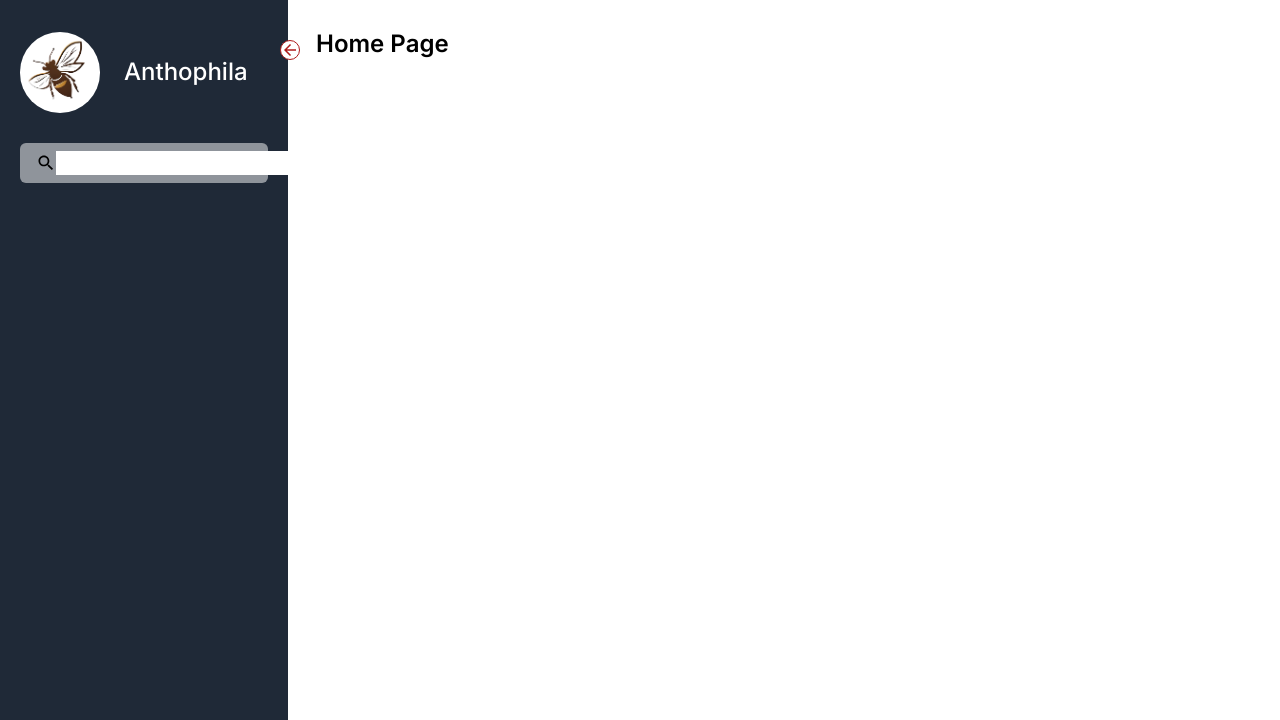
Repository: marcusdashe/anthophila
Page: /dashboard
The author's editor kept a copy of each file at every save. The page is drawn from the files as they stood at one save, then again after the next save.
The browser window is 1280 px wide. The pictures show the whole page.
The project was rebuilt for these pictures with package versions that can differ from the ones it lists, and the page was loaded fresh each time. The framework's server and built-in components were replaced by stand-ins that run in the browser. Also part of the build but not shown: next.config.js.

Above is the page before, as saved 2023-04-05 15:21:19.

### pages/_document.js
import { Html, Head, Main, NextScript } from "next/document";

export default function Document() {
  return (
    <Html lang="en">
      <Head>
        <link rel="preconnect" href="https://fonts.googleapis.com" />
        <link
          rel="preconnect"
          href="https://fonts.gstatic.com"
          crossOrigin="true"
        />
        <link
          href="https://fonts.googleapis.com/css2?family=Inter:wght@100;200;300;400;500;600&display=swap"
          rel="stylesheet"
        />
      </Head>
      <body>
        <Main />
        <NextScript />
      </body>
    </Html>
  );
}

### pages/dashboard.js
import React, { useState } from "react";
import ArrowBackIcon from "@mui/icons-material/ArrowBack";
import SearchIcon from "@mui/icons-material/Search";

const Dashboard = () => {
  const [open, setOpen] = useState(true);
  return (
    <div className="flex">
      <div
        className={`bg-gray-800 h-screen p-5 pt-8 ${
          open ? "w-72" : "w-[120px]"
        } relative duration-300`}
      >
        <ArrowBackIcon
          fontSize="small"
          onClick={() => setOpen(!open)}
          className={`bg-white text-[#AE1B1B] text-3xl
                                rounded-full absolute -right-3 top-10
                                cursor-pointer ${
                                  !open && "rotate-180"
                                } duration-300 border border-[#AE1B1B]`}
        />
        <div className="inline-flex items-center text-white">
          <img
            src="/assets/logo.png"
            alt="logo"
            className={`object-scale-down mr-2 h-50 w-20
                        bg-white rounded-full text-2xl
                        cursor-pointer block float-left duration-500 ${
                          open && "rotate-[360deg]"
                        }`}
          />
          <h1
            className={`text-white origin-left font-medium ml-4 text-2xl duration-300 ${
              !open && "scale-0"
            }`}
          >
            Anthophila
          </h1>
        </div>
        <div className="flex items-center rounded-md bg-white bg-opacity-50 mt-6 px-4 py-2">
          <SearchIcon
            fontSize="small"
            className="text-black  text-md block float-left cursor-left"
          />
          <input type={"search"} className="" />
        </div>
      </div>

      <div className="p-7">
        <h1 className="text-2xl font-semibold"> Home Page</h1>
      </div>
    </div>
  );
};

export default Dashboard;

### styles/globals.css
@tailwind base;
@tailwind components;
@tailwind utilities;


@layer base {
    html {

      font-family: 'Inter', sans-serif;
    }
  }

### tailwind.config.js
/** @type {import('tailwindcss').Config} */

module.exports = {
  content: [
    "./app/**/*.{js,ts,jsx,tsx}",
    "./pages/**/*.{js,ts,jsx,tsx}",
    "./components/**/*.{js,ts,jsx,tsx}",
  ],
  theme: {
    extend: {},
  },
  plugins: [],
}

Loaded but not shown: pages/_app.js (common file)

After the next save:
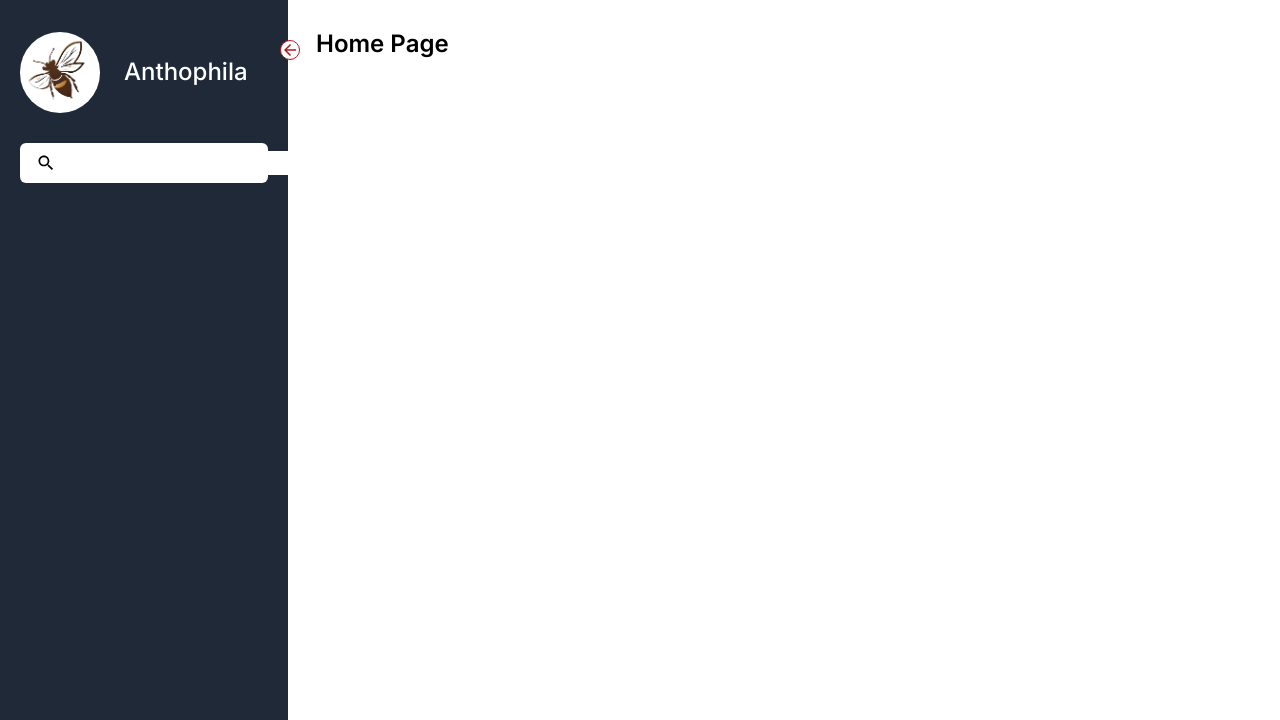
Saved 15 s later.
--- a/pages/dashboard.js
+++ b/pages/dashboard.js
@@ -38,7 +38,7 @@ const Dashboard = () => {
             Anthophila
           </h1>
         </div>
-        <div className="flex items-center rounded-md bg-white bg-opacity-50 mt-6 px-4 py-2">
+        <div className="flex items-center rounded-md bg-white bg-opacity-100 mt-6 px-4 py-2">
           <SearchIcon
             fontSize="small"
             className="text-black  text-md block float-left cursor-left"
